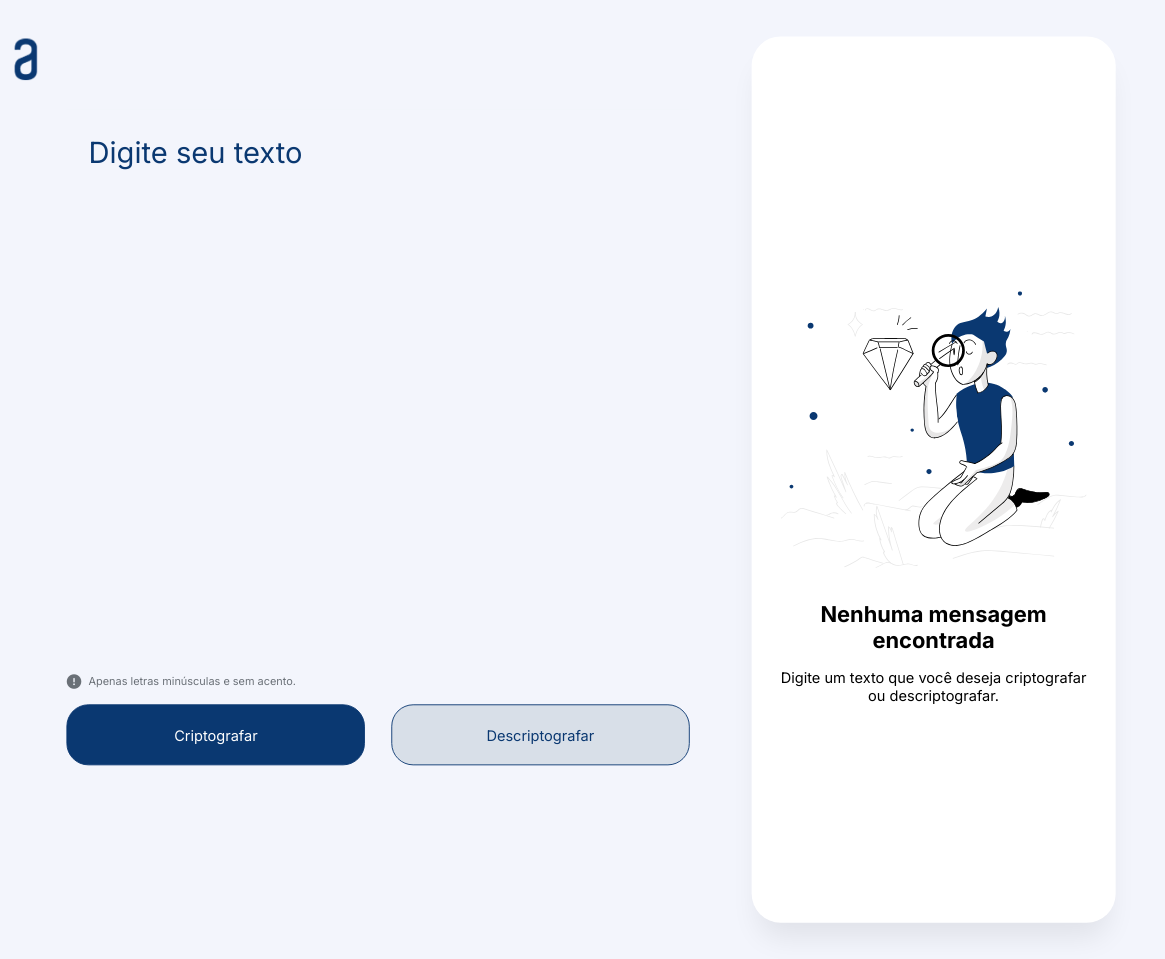
Repository: CarlosEduardoVdeOliveira/descodificador-de-texto
Page: index.html
These files come from the project's save history. The page is drawn as it stood at one moment and after the next save; the edit follows.
The browser window is 1280 px wide. The pictures show the whole page, at 91% of full size.

Above is the page before, as saved 2023-04-13 15:03:38.
Console error: TypeError: Cannot read properties of null (reading 'addEventListener')

### index.html
<!DOCTYPE html>
<html lang="en">
<head>
   <meta charset="UTF-8">
   <link rel="preconnect" href="https://fonts.googleapis.com">
   <link rel="preconnect" href="https://fonts.gstatic.com" crossorigin>
   <meta http-equiv="X-UA-Compatible" content="IE=edge">
   <meta name="viewport" content="width=device-width, initial-scale=1.0">
   <link href="https://fonts.googleapis.com/css2?family=Inter:wght@400;700&display=swap" rel="stylesheet">
   <link rel="stylesheet" href="https://cdnjs.cloudflare.com/ajax/libs/font-awesome/6.4.0/css/all.min.css" integrity="sha512-iecdLmaskl7CVkqkXNQ/ZH/XLlvWZOJyj7Yy7tcenmpD1ypASozpmT/E0iPtmFIB46ZmdtAc9eNBvH0H/ZpiBw==" crossorigin="anonymous" referrerpolicy="no-referrer" />
   <link rel="stylesheet" href="/src/styles/reset.css">
   <link rel="stylesheet" href="/src/styles/index.css">
   <link rel="stylesheet" href="/src/styles/tablet.css">
   <link rel="stylesheet" href="/src/styles/mobile.css">
   <title>Decodificador</title>
</head>
<body>
   <main>
      <img src="/src/images/imageLogo2.png"
         alt="letra a da logo da escola de programação Alura">
      <div class="highlight">
         <textarea placeholder="Digite seu texto" autofocus></textarea>
         <div class="info">
            <span>
               <i class="fa-solid fa-circle-exclamation"></i>
               Apenas letras minúsculas e sem acento.
            </span>
            <div class="info-group-button">
               <button class="button-cryptography">Criptografar</button>
               <button class="button-decryption">Descriptografar</button>
            </div>
         </div>
      </div>
      <div class="text-cryption">
         <img src="/src/images/imageHighLight.svg" alt="">
         <div>
            <h2>Nenhuma mensagem encontrada</h2>
            <p>
               Digite um texto que você deseja criptografar ou descriptografar.
            </p>
         </div>

      </div>
   </main>
   <script src="/src/scripts/index.js"></script>
</body>
</html>

### src/styles/reset.css
:root{
   --light-gray: #D8DFE8;
   --gray-100: #CED4DA;
   --gray-200: #ADB5BD;
   --gray-300: #868E96;
   --gray-400: #495057;
   --gray-500: #343A40;
   --light-blue-100: #F3F5FC;
   --light-blue-200: #EFF1FA;
   --light-blue-300: #E9ECF8;
   --light-blue-400: #AAB2D5;
   --light-blue-500: #757FB2;
   --dark-blue-100: #609ED4;
   --dark-blue-200: #356EA9;
   --dark-blue-300: #0A3871;
   --dark-blue-400: #072B61;
   --dark-blue-500: #052051;
}
*{
   margin: 0;
   padding: 0;
   box-sizing: border-box;
}

html, input, textarea, button{
   background-color: var(--light-blue-100);
   font-family:  'Inter', sans-serif;
   font-size: 1rem;
   -webkit-font-smoothing: antialiased;
   -moz-osx-font-smoothing: grayscale;
}

### src/styles/index.css
body{
   background-color: var(--light-blue-100);
}
img{
   width: 1.943rem;
   height: 3rem;
   margin-top: 2.5rem;
}
main {
   display: flex;
   justify-content: space-around;
   align-items: self-start;
   margin: 0 auto;
}
.highlight{
   display: flex;
   flex-direction: column;
   margin-top: 7.5rem;
}
textarea{
   width: 100%;
   height: calc(100vh - 100px);
   font-size: 32px;
   line-height: 150%;
   background-color: var(--light-blue-100);
   color: var(--dark-blue-300);
   border: none;
   resize: none;
   margin: 0 auto;
   padding: 1.5rem;
}
textarea:focus{
   outline: 0;
}

textarea::placeholder{
   color: var(--dark-blue-300);
}
span{
   display: flex;
   align-items: center;
   font-size: 12px;
   color: var(--gray-400);
   line-height: 150%;
   opacity: 0.8;
   margin-bottom: 1rem;
}
i{
   color: var(--gray-400);
   margin-right: 0.5rem;
   font-size: 1rem;
}

button{
   padding: 1.5rem;
   width: 328px;
   height: 67px;
   border-radius: 1.5rem;
   cursor: pointer;
   font-size: 1rem;
   line-height: 19px;
   border: 1px solid var(--dark-blue-300);
   transition: all .2s;
}
.info{
   background-color: var(--light-blue-100);
}
.info .button-cryptography{
   background-color: var(--dark-blue-300);
   color: white;
   margin-right: 1.5rem;
}
.info .button-cryptography:hover{
   background-color: var(--dark-blue-400);
}
.info .button-decryption{
   background: var(--light-gray);
   color: var(--dark-blue-300);
}
.info .button-decryption:hover{
   background-color: var(--light-blue-200);
}
.text-cryption{
   width: 25rem;
   margin: 2.5rem;
   padding: 15rem 2rem;
   text-align: center;
   background-color: white;
   /* shadow */
   box-shadow: 0px 24px 32px -8px rgba(0, 0, 0, 0.08);
   border-radius: 32px;
}
.text-cryption img{
   width: 21rem;
   height: 19rem;
}
.text-cryption div{
   display: flex;
   flex-direction: column;

   margin-top: 2rem;
   padding: 0px;
   gap: 16px;
}

textarea.textarea-output{
   font-size: 1.5rem;
   color: var(--gray-400);
   height: calc(100vh - 100px);
   padding: 1rem;
}
.text-cryption-whit-text{
   padding: 1rem;
}

.button-copy-cryption{
   background-color: white;
}
.button-copy-cryption:hover{
   background-color: var(--light-blue-200);
}

### src/styles/tablet.css
@media (max-width: 768px) {
   main{
      display: block;
   }
   img{
      margin: 1rem;
   }
   .textarea-input{
      margin: 0 auto;
   }
   .info{
      display: flex;
      flex-direction: column;
      margin: 0 auto;
   }
   .text-cryption{
      width: 43rem;
      height: 8.313rem;
      padding: 0;
      margin: 1.5rem auto;
   }
   .text-cryption img{
      display: none;
   }
}

### src/styles/mobile.css
@media (max-width: 375px) {
   img{
      margin: 1rem;
   }
   .info{
      margin: 0 auto;
   }
   .info-group-button{
      display: flex;
      flex-direction: column;
   }
   .info-group-button .button-cryptography{
      margin-bottom: 1.5rem;
   }
   .text-cryption{
      width: 20.438rem;
      height: 11.625rem;
      padding: 0;
      margin: 1.5rem auto;
   }
}

### src/scripts/index.js
const elementTextarea = document.querySelector("textarea");
const areaCryption = document.querySelector(".text-cryption");
const buttonCryptography = document.querySelector(".button-cryptography");
const buttonDecryption = document.querySelector(".button-decryption");
const buttonCopy = document.querySelector(".button-copy");

function encryptText(){
   const textareaValue = elementTextarea.value;

   if ( textareaValue.length > 0) {
      areaCryption.classList.add("text-cryption-whit-text")
      return areaCryption.innerHTML = `
         <textarea class="textarea-output" disabled>${textareaValue}</textarea>
         <button class="button-copy" id='copy'>Copiar</button>
      `;

   }
   return alert("Preencha o campo!")
}

function decryptText(){
   /* const textareaValue = elementTextarea.value;
   if ( textareaValue.length > 0) {
      areaCryption.classList.add("text-cryption-whit-text");
      areaCryption.innerHTML = `
         <textarea class="textarea-output">${textareaValue}</textarea>
         <button class="button-copy">Copiar</button>
      `;

   }
   return alert("Preencha o campo!") */
}

function copyText(){
   const textareaOutput = document.querySelector('textarea .textarea-output');
   textareaOutput.select();
   document.execCommand('copy');
}

buttonCryptography.addEventListener('click', encryptText);
buttonDecryption.addEventListener('click', decryptText);
buttonCopy.addEventListener('click', copyText);

After the next save:
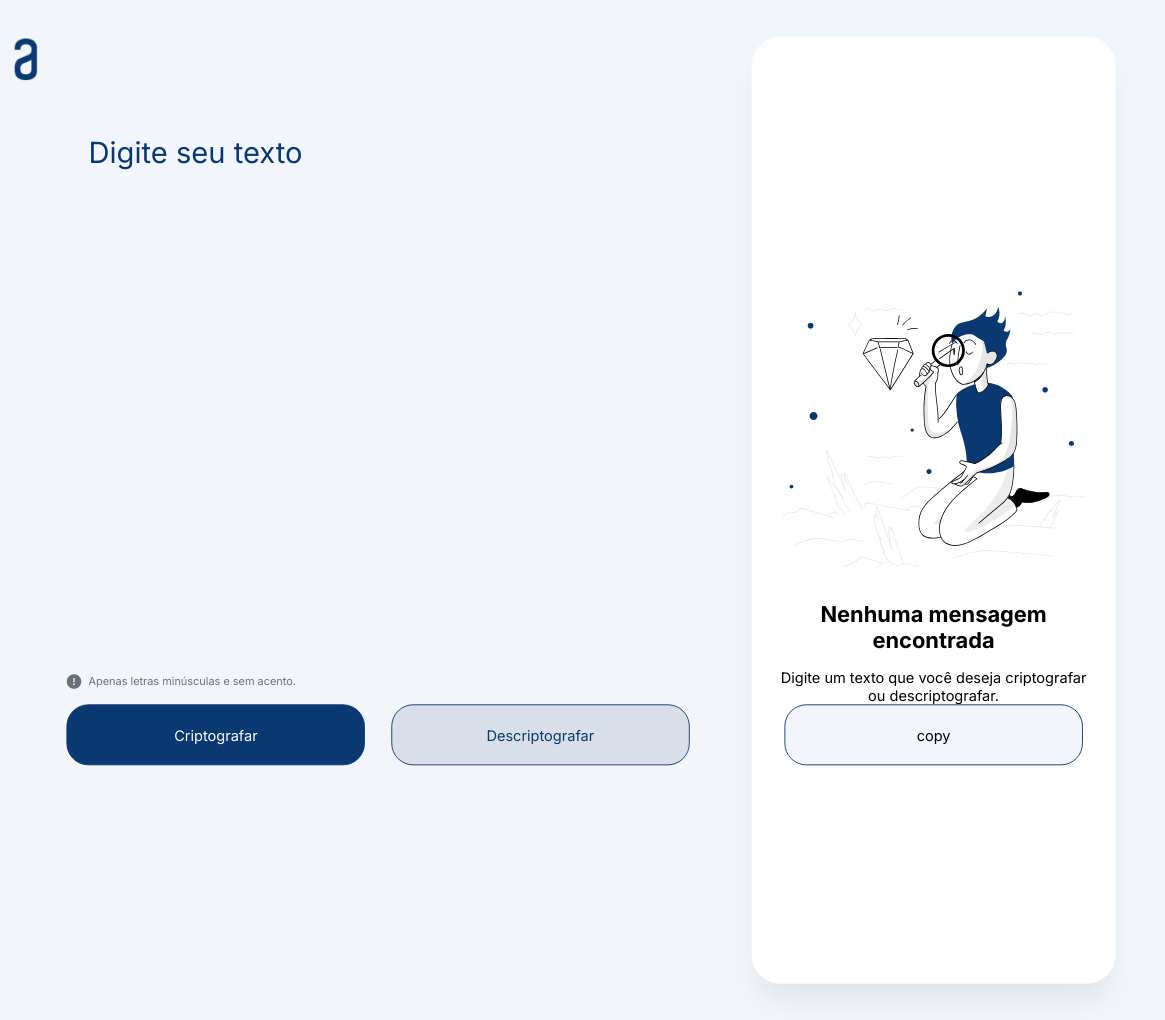
Saved 30 s later.
--- a/index.html
+++ b/index.html
@@ -39,9 +39,12 @@
                Digite um texto que você deseja criptografar ou descriptografar.
             </p>
          </div>
-
+         <button id="copy">copy</button>
       </div>
    </main>
+   <script>
+
+   </script>
    <script src="/src/scripts/index.js"></script>
 </body>
 </html>
